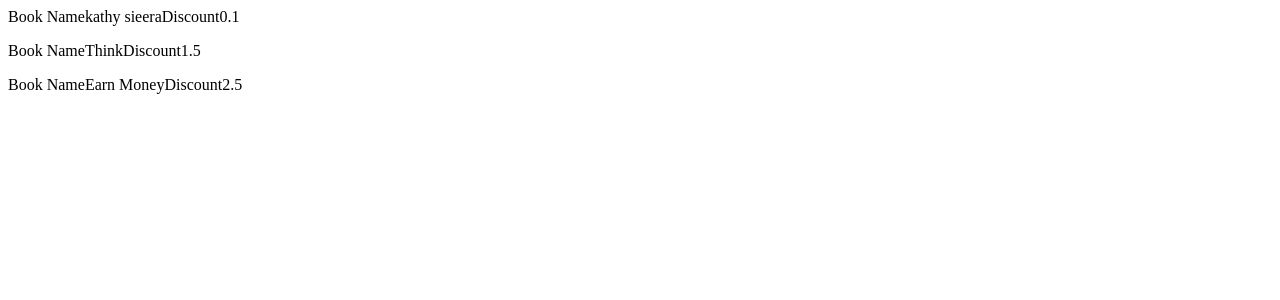
Repository: ramakrishnan1997/ram_javatraining
Page: javascript/src/main/webapp/usingcustomobject.html
An editor plug-in stored every save of this project. The page is shown before and after the next save, followed by the edit.
The browser window is 1280 px wide. The pictures show the whole page.

Above is the page before, as saved 2022-06-29 05:35:53.

### javascript/src/main/webapp/usingcustomobject.html
<!DOCTYPE html>
<html>
<head>
<meta charset="UTF-8">
<title>JavaScript custom Object</title>
</head>
<body>
<script type="text/javascript" src="scripts/customobject.js"></script>
</body>
</html>

### javascript/src/main/webapp/scripts/customobject.js
/**
 *
 */

function usingObjectLiteral()
{
	var book ={};
	book.bookname ="kathy sieera";
	book.discount = function()
	{
		return 0.10;
	}
	document.write("Book Name"+book.bookname);
	document.write("Discount"+book.discount());
}
function usingBlankObject()
{
	var book = new Object();
	book.bookname ="Think";
	book.discount = function()
	{
		return 1.50;
	}
	document.write("<p>"+"Book Name"+book.bookname);
	document.write("Discount"+book.discount());
}
function usingObjectLiteralSecondWay()
{
	var book ={
	bookname:"Earn Money",
	discount:function()
	{
		return 2.50;
	}
	};
	document.write("<p>"+"Book Name"+book.bookname);
	document.write("Discount"+book.discount());

}
function usingFunctionconstructo()
{
	var Book =function(name)
	{
		this.name=name;
		this.discount = function()
		{
			return 50.60;
		}
	}
	var MyBook =new Book("html");
	document.write("<p>"+"Book Name"+book.bookname);
	document.write("Discount"+book.discount());
}
(function(){
	usingObjectLiteral();
	usingBlankObject();
	usingObjectLiteralSecondWay();
})();

After the next save:
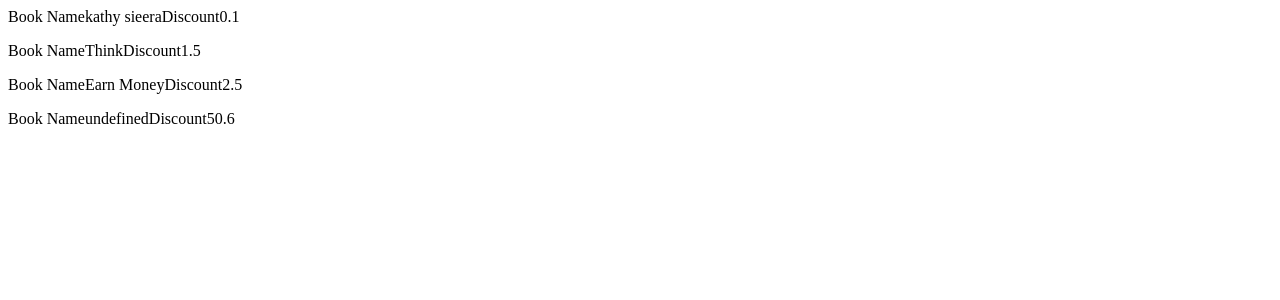
Saved 20 s later.
--- a/javascript/src/main/webapp/scripts/customobject.js
+++ b/javascript/src/main/webapp/scripts/customobject.js
@@ -48,11 +48,12 @@ function usingFunctionconstructo()
 		}
 	}
 	var MyBook =new Book("html");
-	document.write("<p>"+"Book Name"+book.bookname);
-	document.write("Discount"+book.discount());
+	document.write("<p>"+"Book Name"+MyBook.bookname);
+	document.write("Discount"+MyBook.discount());
 }
 (function(){
 	usingObjectLiteral();
 	usingBlankObject();
 	usingObjectLiteralSecondWay();
+	usingFunctionconstructo();
 })();
